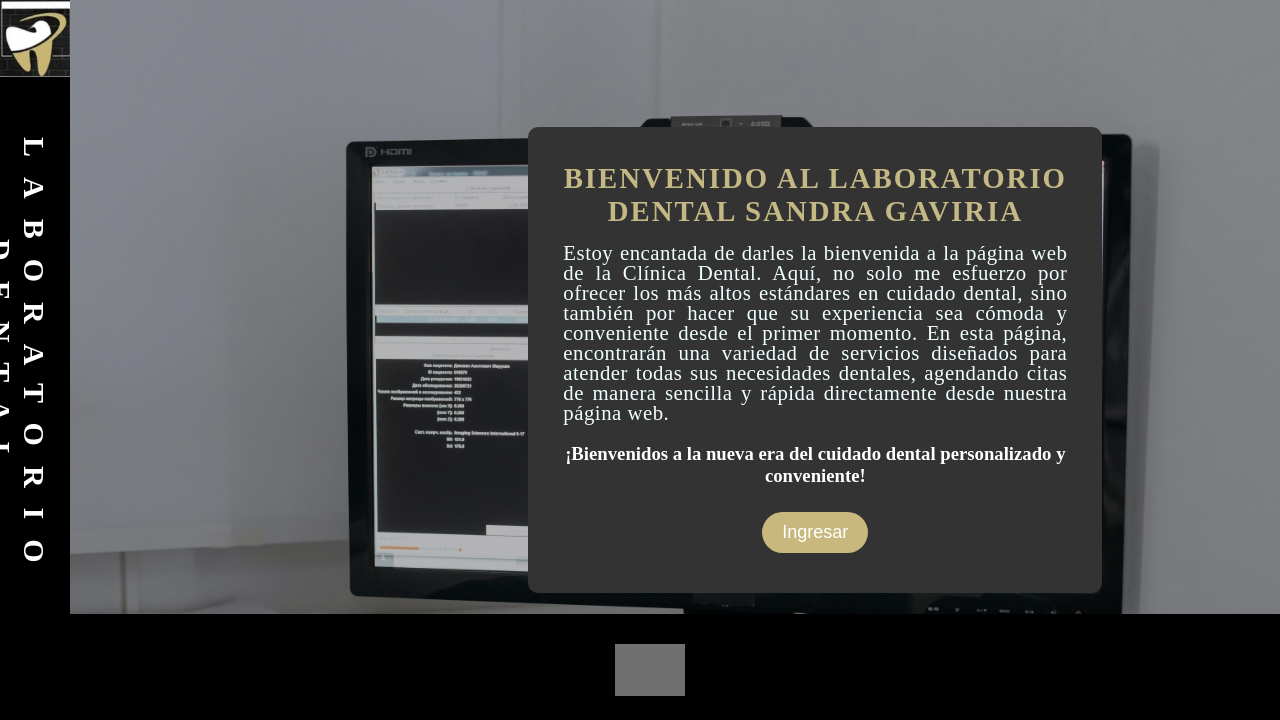
Repository: IIntef/ProyectoDental2.0
Page: Proyecto/Proyecto/Fer.html
These files come from the project's save history. The page is drawn as it stood at one moment and after the next save; the edit follows.
The browser window is 1280 px wide. The pictures show the whole page.
Pictures or frames that could not be fetched are drawn as grey boxes.

Above is the page before, as saved 2024-06-19 13:40:59.

After the next save:
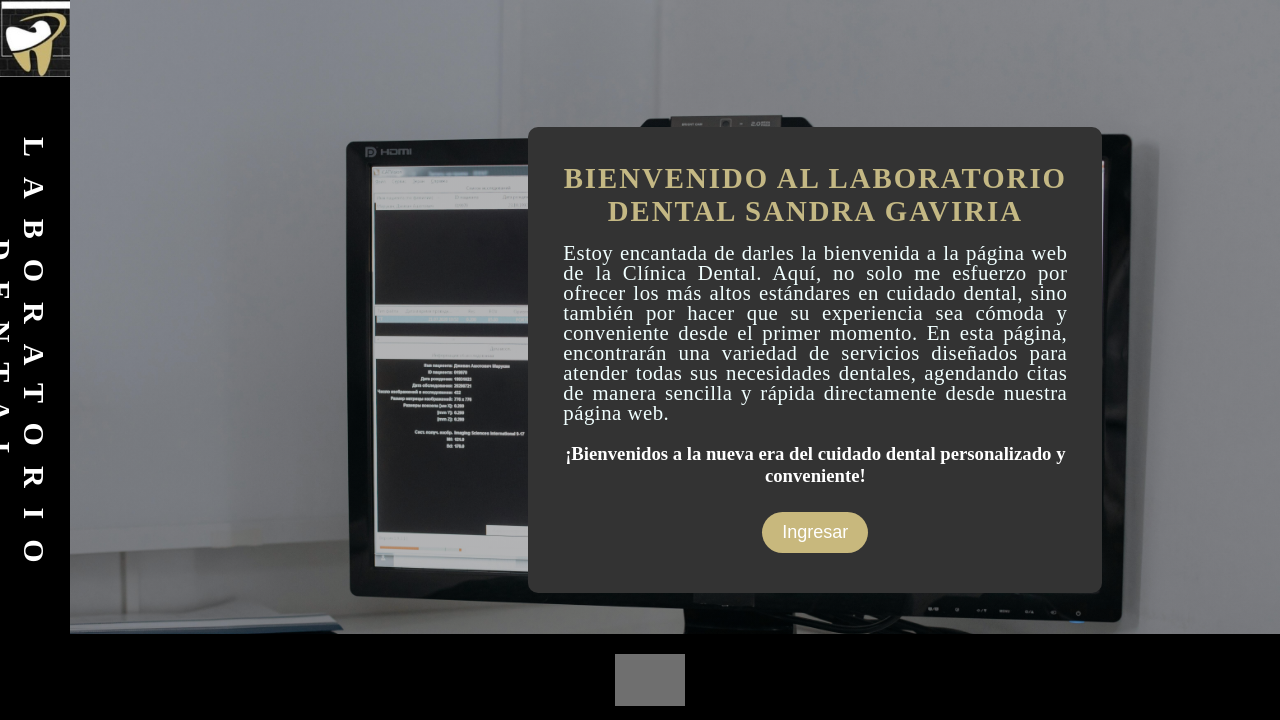
Saved 48 s later.
--- a/Proyecto/Proyecto/StyleFer.css
+++ b/Proyecto/Proyecto/StyleFer.css
@@ -129,38 +129,26 @@ h6{
     letter-spacing: 0cap;
 }
 
-.contenedor1 {
-    background-color: black;
-    padding: 10px 0;
-}
-.contenedor1 {
-    bottom: 20px;
-    left: 0;
-    width: 100%;
-    text-align: center;
-    z-index: 999;
-}
-
 footer img {
     width: 8vw;
     max-width: 70px;
 }
 
-    .contenedor1 {
-        margin-top: 10px;
-        display: flex;
-        flex-direction: column;
-        align-items: center;
-    }
+.contenedor1 {
+    margin-top: 10px;
+    display: flex;
+    flex-direction: column;
+    align-items: center;
+}
 
 
-    .icon-link {
-        display: inline-block;
-        margin: 0 10px;
-        opacity: 0.7;
-        transition: opacity 0.3s ease;
-    }
+.icon-link {
+    display: inline-block;
+    margin: 0 10px;
+    opacity: 0.7;
+    transition: opacity 0.3s ease;
+}
 
-    .icon-link:hover {
-        opacity: 1;
-    }
+.icon-link:hover {
+    opacity: 1;
+}
